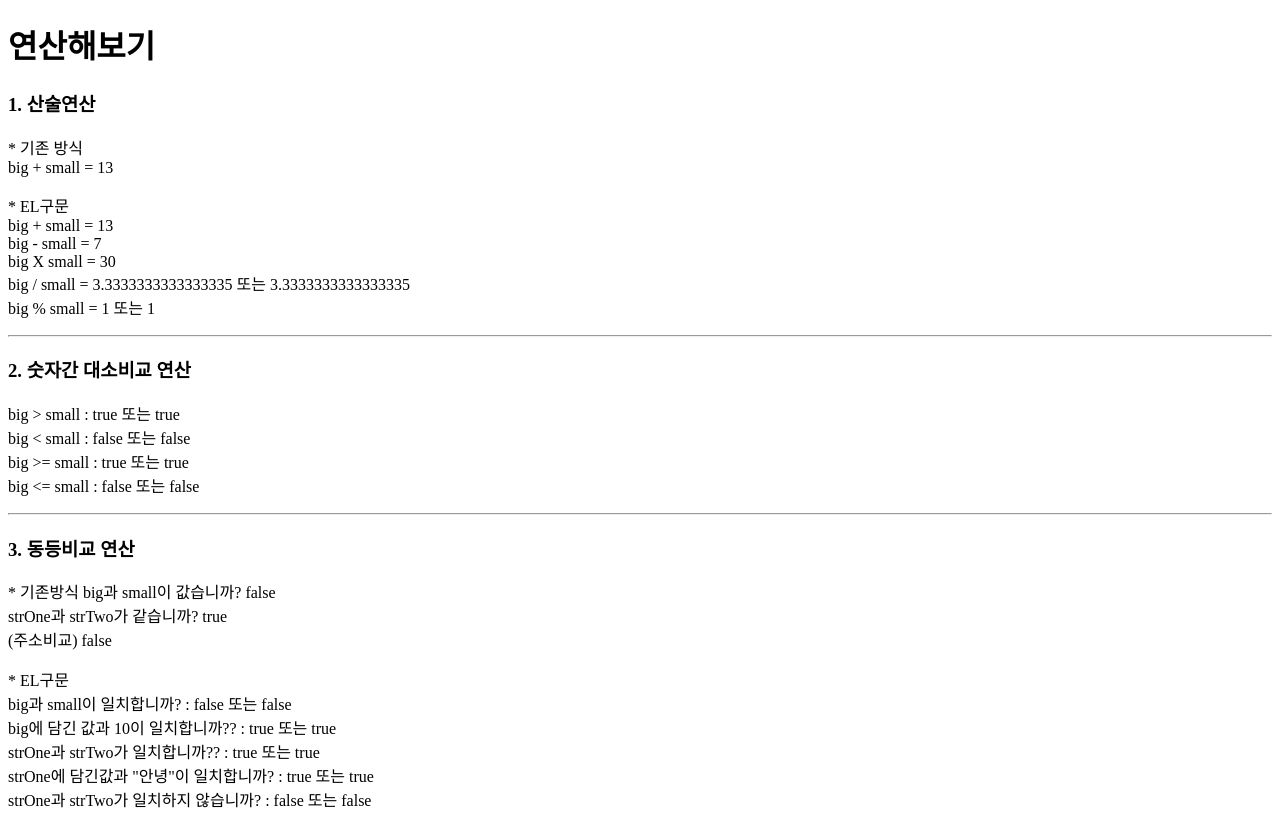
Repository: judeyong/myWebWorkSpace2
Page: http://localhost/Action_Project/operation.do
The author's editor kept a copy of each file at every save. The page is drawn from the files as they stood at one save, then again after the next save.
The browser window is 1280 px wide. The pictures show the whole page.
The page is served by Tomcat 9.

Above is the page before, as saved 2024-04-03 02:36:42.

After the next save:
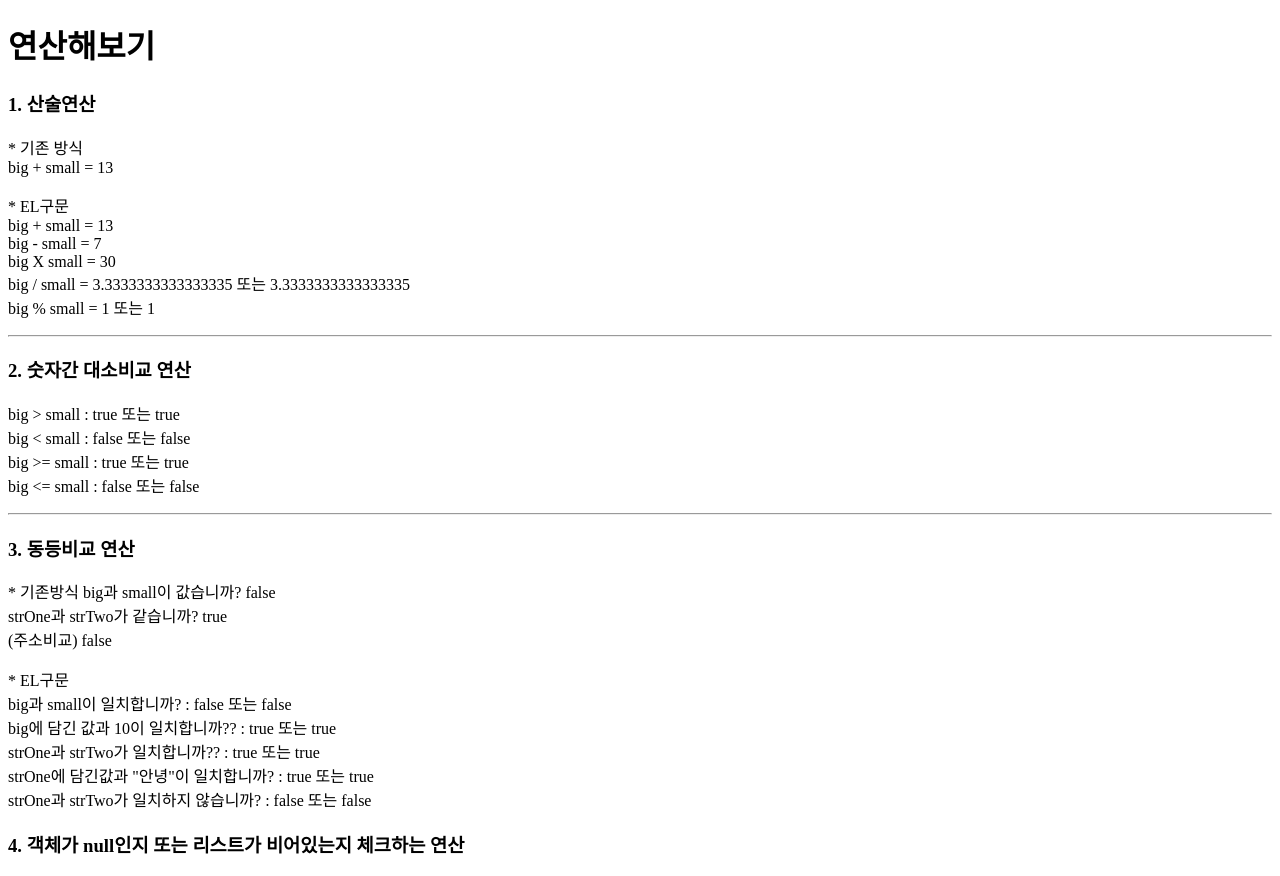
Saved 115 s later.
--- a/Action_Project/WebContent/views/02_elOperation.jsp
+++ b/Action_Project/WebContent/views/02_elOperation.jsp
@@ -60,7 +60,11 @@
 		<!-- EL에서의 문자열 리터럴 비교 시 쌍따옴표 / 홑따옴표 둘다 사용 가능 -->
 		strOne과 strTwo가 일치하지 않습니까? : ${ strOne != strTwo } 또는 ${ strOne ne strTwo } <br>
 		<!-- ne : not equals -->
+	</p>
 
+	<h3>4. 객체가 null인지 또는 리스트가 비어있는지 체크하는 연산</h3>
+
+	<p>
 
 	</p>
 
@@ -88,8 +92,5 @@
 
 
 
-
-
-
 </body>
 </html>
